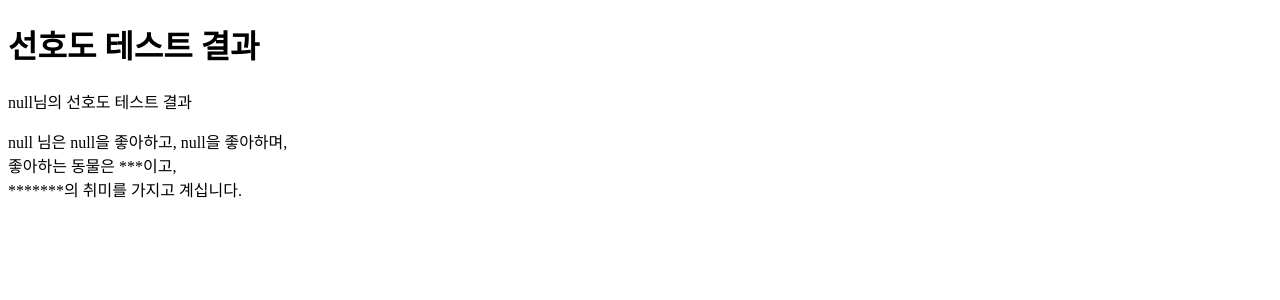
Repository: ddochiisrich/Ddochi-Web
Page: http://localhost/JSPStudyCh05Exam/ch0501ExamResult.jsp
The author's editor kept a copy of each file at every save. The page is drawn from the files as they stood at one save, then again after the next save.
The browser window is 1280 px wide. The pictures show the whole page.
The page is served by Tomcat 9.

Above is the page before, as saved 2024-04-05 06:26:43.

After the next save:
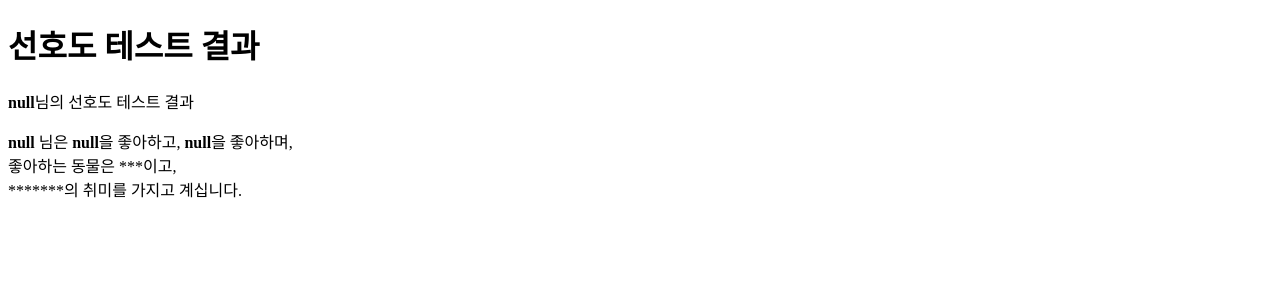
Saved 3 min 13 s later.
--- a/JSPStudyCh05Exam/src/main/webapp/ch0501ExamResult.jsp
+++ b/JSPStudyCh05Exam/src/main/webapp/ch0501ExamResult.jsp
@@ -8,9 +8,9 @@
 </head>
 <body>
 	<h1>선호도 테스트 결과</h1>
-	<p><%= request.getParameter("name") %>님의 선호도 테스트 결과</p>
-	<%= request.getParameter("name") %> 님은 <%= request.getParameter("colors") %>을 좋아하고, <%= request.getParameter("food") %>을 좋아하며,<br>
+	<p><b><%= request.getParameter("name") %></b>님의 선호도 테스트 결과</p>
+	<b><%= request.getParameter("name") %></b> 님은 <b><%= request.getParameter("colors") %></b>을 좋아하고, <b><%= request.getParameter("food") %></b>을 좋아하며,<br>
 	좋아하는 동물은 ***이고,<br>
 	*******의 취미를 가지고 계십니다.<br>
 </body>
-</html>
+</html></b>
